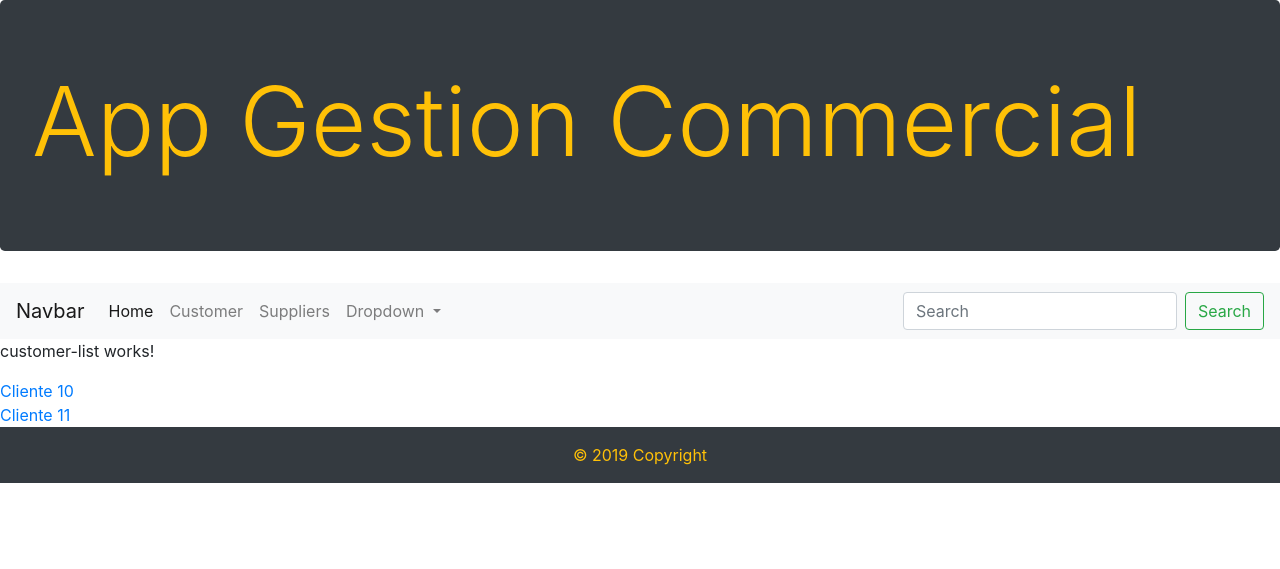
Repository: GiacomoBCN/Angular-pr
Page: /customer (app in gest-comercial/)
The author's editor kept a copy of each file at every save. The page is drawn from the files as they stood at one save, then again after a run of saves.
The browser window is 1280 px wide. The pictures show the whole page.
The project was rebuilt for these pictures with package versions that can differ from the ones it lists, and the page was loaded fresh each time. Also part of the build but not shown: gest-comercial/angular.json, gest-comercial/src/app/commons/not-found/not-found.component.ts, gest-comercial/src/app/commons/home/home.component.ts, gest-comercial/src/app/customer/customer-data/customer-data.component.ts, gest-comercial/src/app/suppliers/suppliers-list/suppliers-list.component.ts, gest-comercial/src/app/suppliers/suppliers-request/suppliers-request.component.ts, gest-comercial/src/app/billing/form-suppliers/form-suppliers.component.ts, gest-comercial/src/app/billing/to-customers/to-customers.component.ts.

Above is the page before, as saved 2019-07-02 12:30:48.

### gest-comercial/src/index.html
<!doctype html>
<html lang="en">
<head>
  <meta charset="utf-8">
  <title>GestComercial</title>
  <base href="/">

  <meta name="viewport" content="width=device-width, initial-scale=1">
  <link rel="icon" type="image/x-icon" href="favicon.ico">
</head>
<body>
  <app-root></app-root>
</body>
</html>

### gest-comercial/src/app/app.module.ts
import { BrowserModule } from '@angular/platform-browser';
import { NgModule } from '@angular/core';

import { CommonsModule } from './commons/commons.module';
import { CustomerModule } from './customer/customer.module';
import {SuppliersModule} from './suppliers/suppliers.module';
import {StoringModule} from './storing/storing.module';
import {BillingModule} from './billing/billing.module';

import { AppRoutingModule } from './app-routing.module';
import { AppComponent } from './app.component';
import { from } from 'rxjs';


@NgModule({
  declarations: [
    AppComponent,

  ],
  imports: [
    BrowserModule,
    AppRoutingModule,
    CommonsModule,
    CustomerModule,
SuppliersModule,

    BillingModule,

  ],
  providers: [],
  bootstrap: [AppComponent],

})
export class AppModule { }

### gest-comercial/src/app/commons/commons.module.ts
import { NgModule } from '@angular/core';
import { CommonModule } from '@angular/common';

import { CommonsRoutingModule } from './commons-routing.module';
import { HeaderComponent } from './header/header.component';
import { NavBarComponent } from './nav-bar/nav-bar.component';
import { NotFoundComponent } from './not-found/not-found.component';
import { HomeComponent } from './home/home.component';
import { FooterComponent } from './footer/footer.component';

@NgModule({
  declarations: [HeaderComponent, NavBarComponent, NotFoundComponent, HomeComponent, FooterComponent],
  imports: [
    CommonModule,
    CommonsRoutingModule
  ],
  exports: [HeaderComponent, NavBarComponent, NotFoundComponent, HomeComponent, FooterComponent]
})
export class CommonsModule { }

### gest-comercial/src/app/customer/customer.module.ts
import { NgModule } from '@angular/core';
import { CommonModule } from '@angular/common';

import { CustomerRoutingModule } from './customer-routing.module';
import { CustomerListComponent } from './customer-list/customer-list.component';
import { CustomerDataComponent } from './customer-data/customer-data.component';

@NgModule({
  declarations: [CustomerListComponent, CustomerDataComponent],
  imports: [
    CommonModule,
    CustomerRoutingModule
  ]
})
export class CustomerModule { }

### gest-comercial/src/app/suppliers/suppliers.module.ts
import { NgModule } from '@angular/core';
import { CommonModule } from '@angular/common';

import { SuppliersRoutingModule } from './suppliers-routing.module';
import { SuppliersListComponent } from './suppliers-list/suppliers-list.component';
import { SuppliersRequestComponent } from './suppliers-request/suppliers-request.component';

@NgModule({
  declarations: [SuppliersListComponent, SuppliersRequestComponent],
  imports: [
    CommonModule,
    SuppliersRoutingModule
  ],
  exports: [SuppliersListComponent, SuppliersRequestComponent]
})
export class SuppliersModule { }

### gest-comercial/src/app/billing/billing.module.ts
import { NgModule } from '@angular/core';
import { CommonModule } from '@angular/common';

import { BillingRoutingModule } from './billing-routing.module';
import { FormSuppliersComponent } from './form-suppliers/form-suppliers.component';
import { ToCustomersComponent } from './to-customers/to-customers.component';

@NgModule({
  declarations: [FormSuppliersComponent, ToCustomersComponent],
  imports: [
    CommonModule,
    BillingRoutingModule
  ],
  exports: [FormSuppliersComponent, ToCustomersComponent]
})
export class BillingModule { }

### gest-comercial/src/app/app-routing.module.ts
import { NgModule, Component } from '@angular/core';
import { Routes, RouterModule } from '@angular/router';
import { HomeComponent } from './commons/home/home.component';
import { CustomerListComponent } from './customer/customer-list/customer-list.component';
import { NotFoundComponent } from './commons/not-found/not-found.component';
import { SuppliersListComponent } from './suppliers/suppliers-list/suppliers-list.component';
import { CustomerDataComponent } from './customer/customer-data/customer-data.component';

const routes: Routes = [
{path: ' ', redirectTo: 'Home', pathMatch: 'full'},
{path: 'home', component: HomeComponent},
{path: 'customer', component: CustomerListComponent},

{path: 'customer/:id', component: CustomerDataComponent },

{path: 'suppliers', component: SuppliersListComponent},
{path: 'storing', loadChildren: () => import ('./storing/storing.module').then(mod => mod.StoringModule) },
{path: '**' , component: NotFoundComponent},


];

@NgModule({
  imports: [RouterModule.forRoot(routes)],
  exports: [RouterModule]
})
export class AppRoutingModule { }

### gest-comercial/src/app/app.component.ts
import { Component } from '@angular/core';

@Component({
  selector: 'app-root',
  templateUrl: './app.component.html',
  styleUrls: ['./app.component.scss']
})
export class AppComponent {
  title = 'gest-comercial';
}

### gest-comercial/src/app/commons/commons-routing.module.ts
import { NgModule } from '@angular/core';
import { Routes, RouterModule } from '@angular/router';

const routes: Routes = [];

@NgModule({
  imports: [RouterModule.forChild(routes)],
  exports: [RouterModule]
})
export class CommonsRoutingModule { }

### gest-comercial/src/app/customer/customer-routing.module.ts
import { NgModule } from '@angular/core';
import { Routes, RouterModule } from '@angular/router';

const routes: Routes = [];

@NgModule({
  imports: [RouterModule.forChild(routes)],
  exports: [RouterModule]
})
export class CustomerRoutingModule { }

### gest-comercial/src/app/customer/customer-list/customer-list.component.ts
import { Component, OnInit } from '@angular/core';
import { customers } from '../../shared/data/data';

@Component({
  selector: 'app-customer-list',
  templateUrl: './customer-list.component.html',
  styleUrls: ['./customer-list.component.scss']
})
export class CustomerListComponent implements OnInit {

  constructor() {

  }

  ngOnInit() {
  }

}

### gest-comercial/src/app/suppliers/suppliers-routing.module.ts
import { NgModule } from '@angular/core';
import { Routes, RouterModule } from '@angular/router';

const routes: Routes = [];

@NgModule({
  imports: [RouterModule.forChild(routes)],
  exports: [RouterModule]
})
export class SuppliersRoutingModule { }

### gest-comercial/src/app/billing/billing-routing.module.ts
import { NgModule } from '@angular/core';
import { Routes, RouterModule } from '@angular/router';

const routes: Routes = [];

@NgModule({
  imports: [RouterModule.forChild(routes)],
  exports: [RouterModule]
})
export class BillingRoutingModule { }

### gest-comercial/src/app/app.component.html

<app-header></app-header>
<app-nav-bar></app-nav-bar>
<router-outlet></router-outlet>
<app-footer></app-footer>

### gest-comercial/src/app/commons/header/header.component.html
<div class=" bg-dark jumbotron">
<h1 class="text-warning display-1">App Gestion Commercial</h1>


</div>

### gest-comercial/src/app/commons/nav-bar/nav-bar.component.html


<nav class="navbar navbar-expand-lg navbar-light bg-light">
  <a class="navbar-brand" routerLink='/home'>Navbar</a>
  <button class="navbar-toggler" type="button" data-toggle="collapse" data-target="#navbarSupportedContent" aria-controls="navbarSupportedContent" aria-expanded="false" aria-label="Toggle navigation">
    <span class="navbar-toggler-icon"></span>
  </button>

  <div class="collapse navbar-collapse" id="navbarSupportedContent">
    <ul class="navbar-nav mr-auto">
      <li class="nav-item active">
        <a class="nav-link" routerLink='/home' >Home <span class="sr-only">(current)</span></a>
      </li>
      <li class="nav-item">
        <a class="nav-link" routerLink='/customer'>Customer</a>
      </li>
      <li class="nav-item">
        <a class="nav-link" routerLink='/suppliers'>Suppliers</a>
      </li>
      <li class="nav-item dropdown">
        <a class="nav-link dropdown-toggle"  routerLink='/storing' id="navbarDropdown" role="button" data-toggle="dropdown" aria-haspopup="true" aria-expanded="false">
          Dropdown
        </a>
        <div class="dropdown-menu" aria-labelledby="navbarDropdown">
          <a class="dropdown-item" routerLink='/storing'>Listado</a>
          <a class="dropdown-item" routerLink='/storing/in'>Entrada</a>

          <a class="dropdown-item" routerLink='/storing/out'>Salida</a>
</div>
      </li>




    </ul>
    <form class="form-inline my-2 my-lg-0">
      <input class="form-control mr-sm-2" type="search" placeholder="Search" aria-label="Search">
      <button class="btn btn-outline-success my-2 my-sm-0" type="submit">Search</button>
    </form>
  </div>

### gest-comercial/src/app/commons/footer/footer.component.html
<footer class="bg-dark">
<!-- Footer Links -->

<!-- Copyright -->
<div class=" text-warning footer-copyright text-center py-3">© 2019 Copyright

</div>
<!-- Copyright -->

</footer>

### gest-comercial/src/app/customer/customer-list/customer-list.component.html
<p>customer-list works!</p>
<div>
<a routerLink='../customer/10'>Cliente 10</a>
</div>
<div>
<a routerLink='../customer/11'>Cliente 11</a>
</div>

Loaded but not shown: gest-comercial/src/styles.scss (common file); gest-comercial/src/main.ts (common file); gest-comercial/src/environments/environment.ts (common file); gest-comercial/src/app/commons/header/header.component.ts (common file); gest-comercial/src/app/commons/nav-bar/nav-bar.component.ts (common file); gest-comercial/src/app/commons/footer/footer.component.ts (common file); gest-comercial/src/app/app.component.scss (no stored copy; drawn as an empty file); gest-comercial/src/app/commons/footer/footer.component.scss (no stored copy; drawn as an empty file); gest-comercial/src/app/commons/header/header.component.scss (no stored copy; drawn as an empty file); gest-comercial/src/app/commons/nav-bar/nav-bar.component.scss (no stored copy; drawn as an empty file); gest-comercial/src/app/customer/customer-list/customer-list.component.scss (no stored copy; drawn as an empty file)

After the next 8 saves:
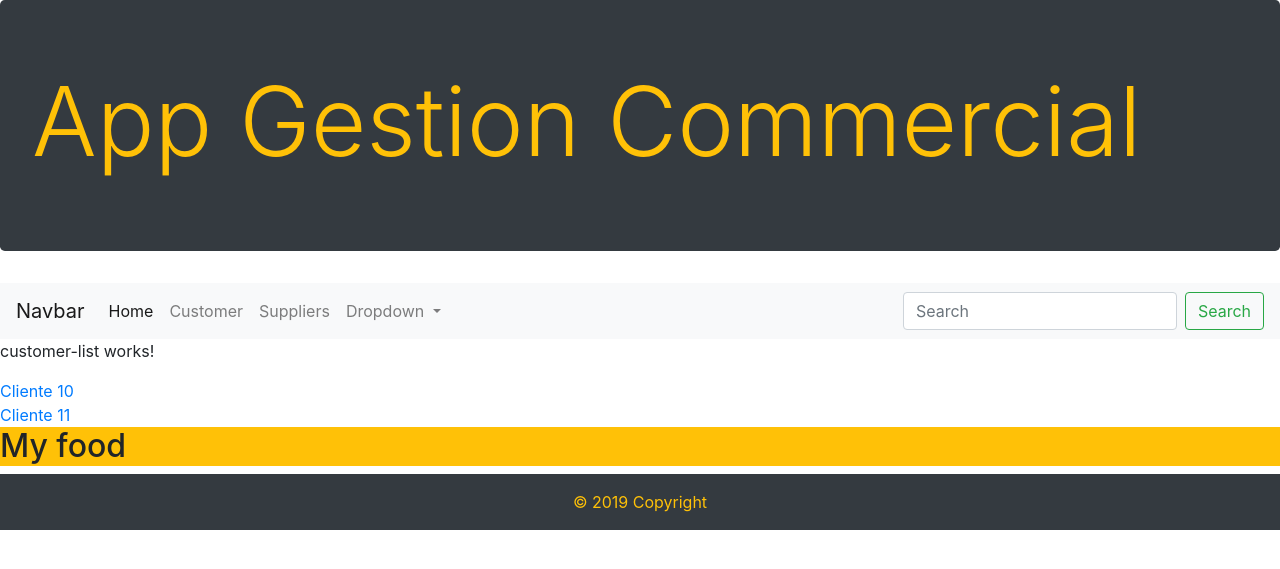
The 8 saves are shown as one change because 1 did not build or start and some came seconds apart.
The last was saved 11 min 12 s later.
--- a/gest-comercial/src/app/customer/customer-list/customer-list.component.html
+++ b/gest-comercial/src/app/customer/customer-list/customer-list.component.html
@@ -5,3 +5,18 @@
 <div>
 <a routerLink='../customer/11'>Cliente 11</a>
 </div>
+
+
+<div class=" ">
+  <h2 class="bg-warning">My food </h2>
+  <ul class="foods list-group ">
+    <li class=" list-unstyled" *ngFor="let food of foods "
+
+      [class.selected]="food === selectedFood"
+      (click)="onSelect(food)">
+      <img  width="150"src={{food.image}} />
+      <span class="badge">{{food.name}}</span>
+
+    </li>
+  </ul>
+  </div>
